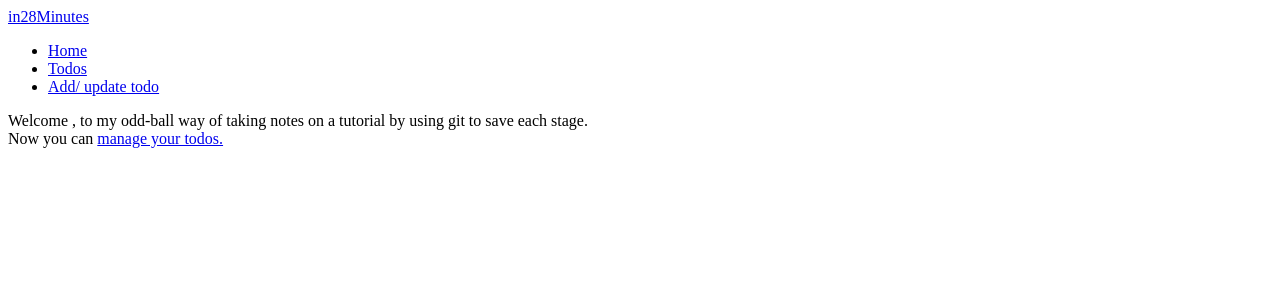
Repository: overbejt/UdemySpringMVC
Page: http://localhost/hello-World/WEB-INF/views/welcome.jsp
These files come from the project's save history. The page is drawn as it stood at one moment and after a run of saves; the edit follows.
The browser window is 1280 px wide. The pictures show the whole page.
The page is served by Tomcat 9. Nobody is signed in. Other server files are loaded and not shown. The template is opened directly, without the code that normally fills it, so the values that code supplies are empty.

Above is the page before, as saved 2019-01-07 01:32:30.

### hello-World/src/main/webapp/WEB-INF/views/welcome.jsp
<%@ page language="java" contentType="text/html; charset=UTF-8"
    pageEncoding="UTF-8"%>
<!DOCTYPE html PUBLIC "-//W3C//DTD HTML 4.01 Transitional//EN" "http://www.w3.org/TR/html4/loose.dtd">
<html>
<head>
	<meta http-equiv="Content-Type" content="text/html; charset=UTF-8">
	<title>Welcome!</title>

	<!-- Nava bar -->
		<nav role="navigation" class="navbar navbar-default">
			<div >
				<a href="http://www.in28minutes.com" class="navbar-brand">in28Minutes</a>
			</div>
			<div class="navbar-collapse">
				<ul class="nav navbar-nav">
					<li class="active"><a href="/login">Home</a></li>
					<li><a href="/list-todos">Todos</a></li>
					<li><a href="/todo">Add/ update todo</a></li>
				</ul>
			</div>
		</nav><!-- End of the Nav bar -->
</head>
<body>
Welcome ${name }, to my odd-ball way of taking notes on a tutorial by using git to save each stage.

<br>
Now you can <a href="/list-todos" >manage your todos.</a>
</body>
</html>

After the next 2 saves:
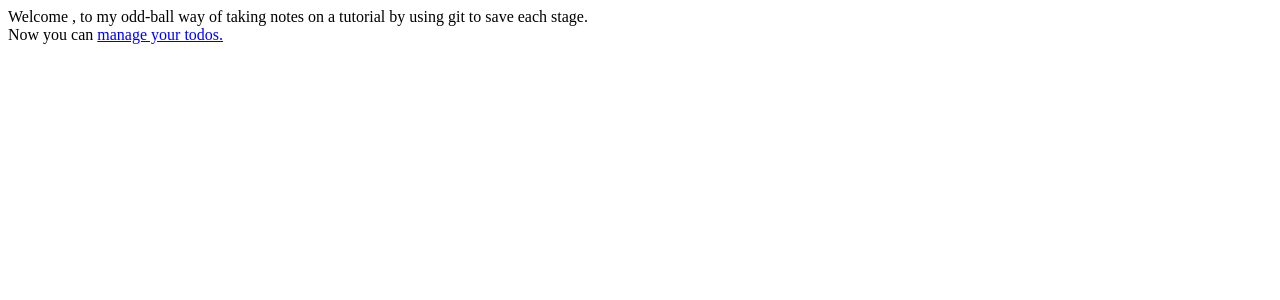
The 2 saves are shown as one change because they came seconds apart.
The last was saved 27 s later.
--- a/hello-World/src/main/webapp/WEB-INF/views/welcome.jsp
+++ b/hello-World/src/main/webapp/WEB-INF/views/welcome.jsp
@@ -6,19 +6,6 @@
 	<meta http-equiv="Content-Type" content="text/html; charset=UTF-8">
 	<title>Welcome!</title>
 
-	<!-- Nava bar -->
-		<nav role="navigation" class="navbar navbar-default">
-			<div >
-				<a href="http://www.in28minutes.com" class="navbar-brand">in28Minutes</a>
-			</div>
-			<div class="navbar-collapse">
-				<ul class="nav navbar-nav">
-					<li class="active"><a href="/login">Home</a></li>
-					<li><a href="/list-todos">Todos</a></li>
-					<li><a href="/todo">Add/ update todo</a></li>
-				</ul>
-			</div>
-		</nav><!-- End of the Nav bar -->
 </head>
 <body>
 Welcome ${name }, to my odd-ball way of taking notes on a tutorial by using git to save each stage.
